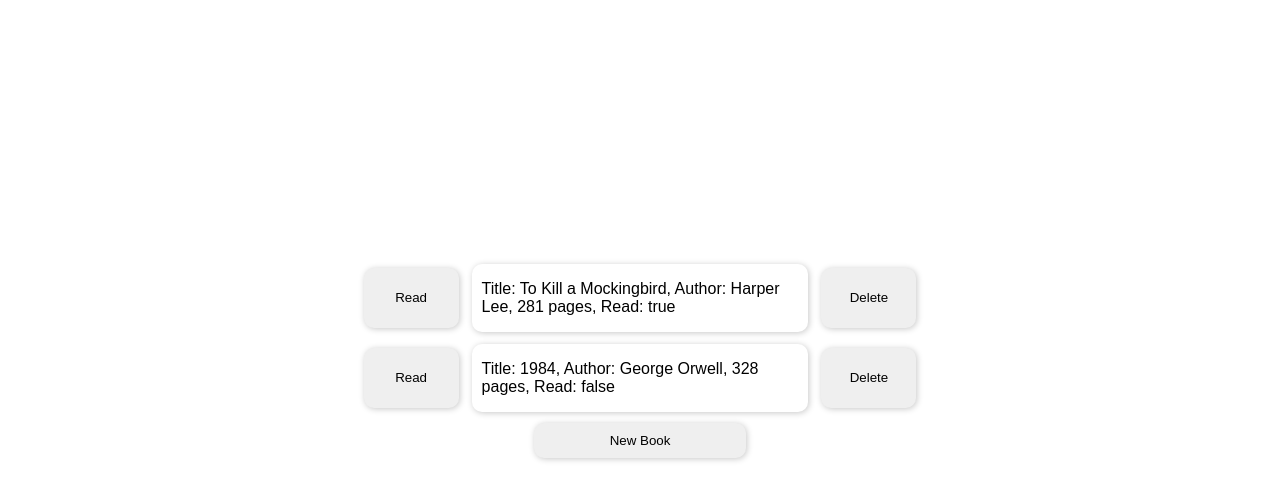
Repository: kocokoy/library
Page: index.html
These files come from the project's save history. The page is drawn as it stood at one moment and after the next save; the edit follows.
The browser window is 1280 px wide. The pictures show the whole page.

Above is the page before, as saved 2024-11-06 14:12:22.

After the next save:
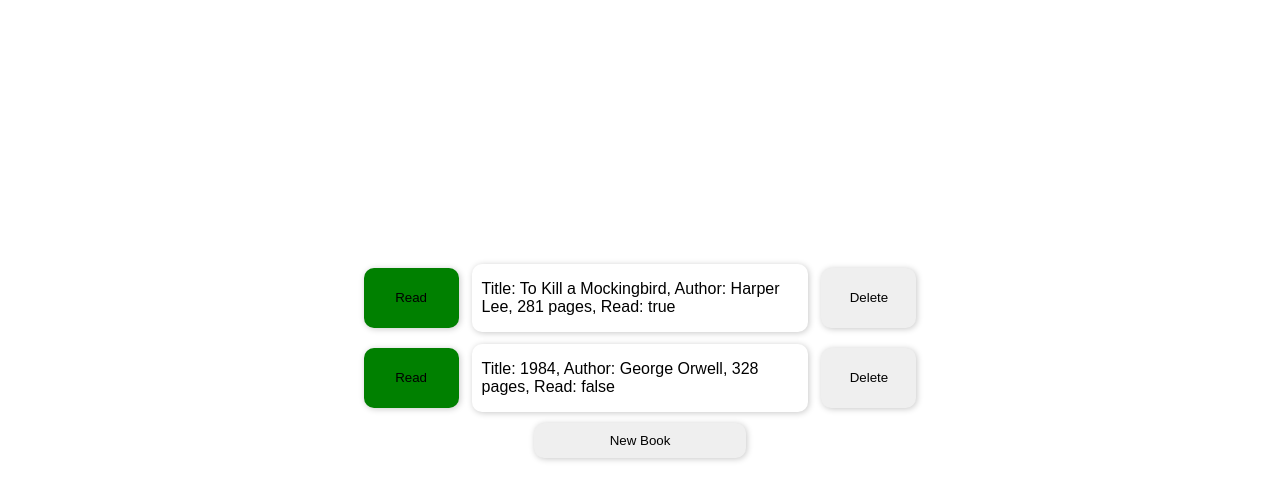
Saved 17 s later.
--- a/style.css
+++ b/style.css
@@ -127,3 +127,7 @@ button{
   border: 1px solid black;
   width: 97%;
 }
+
+.jsReadButton{
+  background-color: green;
+}
